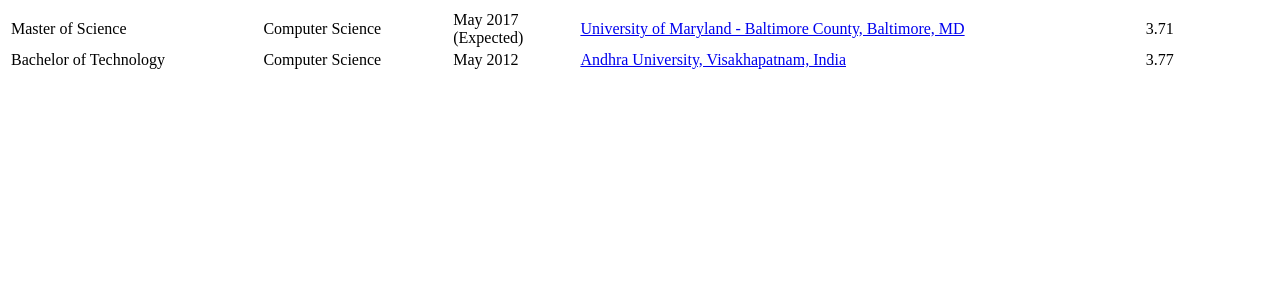
Repository: phanindrakannaji/Resume
Page: http://localhost/application/pages/education.php
The author's editor kept a copy of each file at every save. The page is drawn from the files as they stood at one save, then again after the next save.
The browser window is 1280 px wide. The pictures show the whole page.
The page is run by PHP 8.4 with error messages shown; the project is at /var/www/html/.

Above is the page before, as saved 2016-09-25 05:07:44.
Console error: ReferenceError: $ is not defined

After the next save:
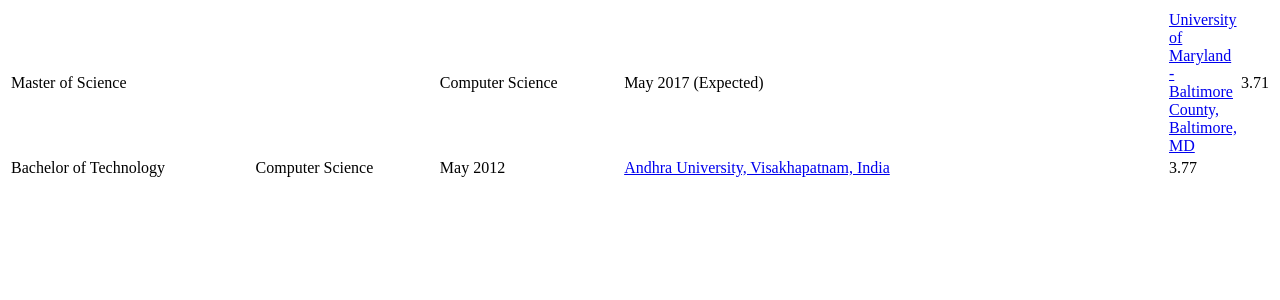
Saved 54 s later.
--- a/Resume/application/pages/education.php
+++ b/Resume/application/pages/education.php
@@ -3,7 +3,8 @@
 <table>
 	<tbody>
 		<tr>
-			<td class="customfont2 smalltext tdBorderbottom" width="20%">Master of Science</td>
+			<td class="customfont2 smalltext tdBorderbottom" width="15%">Master of Science</td>
+			<td width="5%"></td>
 			<td class="customfont2 smalltext tdBorderbottom" width="15%">Computer Science</td>
 			<td class="customfont2 smalltext tdBorderbottom" width="10%">May 2017 (Expected)</td>
 			<td class="customfont2 smalltext tdBorderbottom" width="45%"><a
